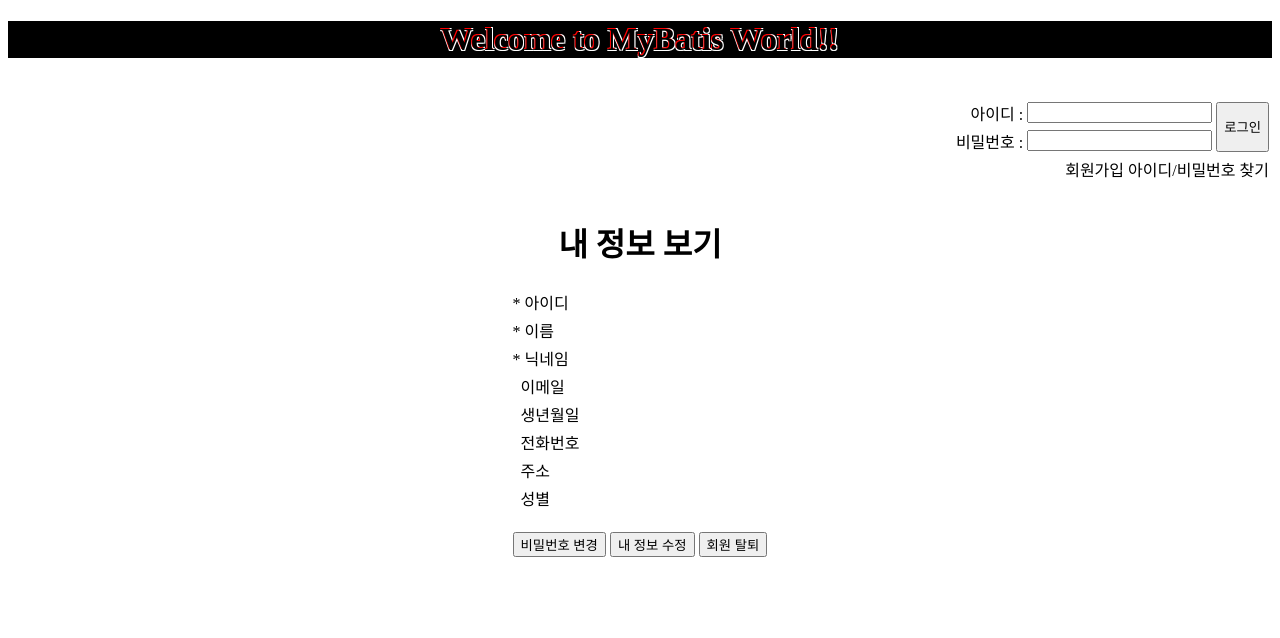
Repository: SoulJ-K/myBatis
Page: http://localhost/1_MyBatis/views/member/memberInfo.jsp
These files come from the project's save history. The page is drawn as it stood at one moment and after the next save; the edit follows.
The browser window is 1280 px wide. The pictures show the whole page.
The page is served by Tomcat 9. Other server files are loaded and not shown.

Above is the page before, as saved 2020-05-06 17:51:18.

### 1_MyBatis/WebContent/views/member/memberInfo.jsp
<%@ page language="java" contentType="text/html; charset=UTF-8"
    pageEncoding="UTF-8"%>
<%@ taglib prefix="c" uri="http://java.sun.com/jsp/jstl/core" %>
<!DOCTYPE html>
<html>
<head>
<meta charset="UTF-8">
<title>Insert title here</title>
<style>
	#infoTable{margin: auto;}
	.style{border: 0; outline: none;}
</style>
</head>
<body>
	<jsp:include page="../common/menubar.jsp"/>
	<h1 align="center">내 정보 보기</h1>
	<form action="${ contextPath }/views/member/memberUpdateForm.jsp" method="post">
		<%-- <jsp:useBean id="member" class="member.model.vo.Member" scope="request"/>
		<jsp:setProperty property="*" name="member"/> --%>
		<table id="infoTable">
			<tr>
				<td width="100px">* 아이디</td>
				<td>
					${ member.userId }
<%-- 					<jsp:getProperty property="userId" name="member"/> --%>
					<input type="hidden" name="userId" value="${ member.userId }" class="st">
				</td>
			</tr>
			<tr>
				<td>* 이름</td>
				<td>
					<input type="hidden" name="userName" value="${ member.userName }" class="st">
					${ member.userName}
				</td>
			</tr>
			<tr>
				<td>* 닉네임</td>
				<td>
					<input type="hidden" name="nickName" value="${ member.nickName }" class="st">
					${ member.nickName}
				</td>
			</tr>
			<tr>
				<td> &nbsp;&nbsp;이메일</td>
				<td>
					${ member.email }
					<input type="hidden" name="email" value="${ member.email }" class="st">
				</td>
			</tr>
			<tr>
				<td> &nbsp;&nbsp;생년월일</td>
				<td>
					${ member.birthDay }
					<input type="hidden" name="birthDay" value="${ member.birthDay}" class="st">
				</td>
			</tr>
			<tr>
				<td> &nbsp;&nbsp;전화번호</td>
				<td>
					${ member.phone }
					<input type="hidden" name="phone" value="${ member.phone}" class="st">
				</td>
			</tr>
			<tr>
				<td> &nbsp;&nbsp;주소</td>
				<td>
					${ member.address }
					<input type="hidden" name="address" value="${ member.address}" class="st">
				</td>
			</tr>
			<tr>
				<td> &nbsp;&nbsp;성별</td>
				<td>
					<c:if test="${ member.gender eq 'M' }">남자</c:if>
					<c:if test="${ member.gender eq 'F' }">여자</c:if>
					<input type="hidden" name="gender" value="${ member.gender}" class="st">
				</td>
			</tr>
			<tr>
				<td colspan="2">
					<div align="center">
						<br>
						<button type="button" onclick="location.href='${ contextPath }/views/member/memberPwdUpdateForm.jsp'">비밀번호 변경</button>
						<input type="submit" value="내 정보 수정">
						<button type="button" onclick="deleteMember();">회원 탈퇴</button>
					</div>
				</td>
			</tr>
		</table>
	</form>

	<script>
		function deleteMember(){
			var ck = confirm('정말 탈퇴할거야?');

			if(ck){
				location.href = "mdelete.me";
			}
		}
	</script>
</body>
</html>

### 1_MyBatis/WebContent/views/common/menubar.jsp
<%@ page language="java" contentType="text/html; charset=UTF-8"
    pageEncoding="UTF-8"%>
<%@ taglib prefix="c" uri="http://java.sun.com/jsp/jstl/core" %>
<!DOCTYPE html>
<html>
<head>
<meta charset="UTF-8">
<script src="${ contextPath }/js/jquery-3.4.1.min.js"></script>
<title>Insert title here</title>
<style>
	#welcome{background: black; text-shadow: -1px -1px 0 red, 1px -1px 0 white, -1px 1px 0 white, 1px 1px 0 white;}
	.login-area {height:100px;}
	.btn-login {height:50px;}
	.loginTable{text-align: right; float: right;}
	#logoutBtns>a{text-decoration: none; color: black;}
	#logoutBtns>a:hover{text-decoration: underline; font-weight: bold;}
</style>
</head>
<body>

	<c:set var="contextPath" value="${ pageContext.request.contextPath }" scope="application"/>
	<h1 id="welcome" align="center">Welcome to MyBatis World!!</h1>
		<br>


		<!-- ----------------------1. 회원 관련 서비스 -------------------------- -->
		<div class="login-area">
			<c:if test="${ empty sessionScope.loginUser }">
				<!-- 1_1. 로그인 관련 폼 만들기 -->
				<form action="${ contextPath }/login.me" method="post">
					<table class="loginTable">
						<tr>
							<td>아이디 : </td>
							<td>
								<input type="text" name="userId">
							</td>
							<td rowspan="2">
								<button id="login-btn" class="btn btn-login">로그인</button>
							</td>
						</tr>
						<tr>
							<td>비밀번호 : </td>
							<td>
								<input type="password" name="userPwd">
							</td>
						</tr>
						<tr>
							<td colspan="3" id="logoutBtns">
								<a href="${ contextPath }/views/member/memberInsertForm.jsp">회원가입</a>
								<a href="${ contextPath }/views/member/findMemberForm.jsp">아이디/비밀번호 찾기</a>
							</td>
						</tr>
					</table>
				</form>
			</c:if>

			<c:if test="${ !empty sessionScope.loginUser }">
				<table class="loginTable">
					<tr>
						<td colspan="2"><h3>${ loginUser.userName }님 환영합니다.</h3></td>
					</tr>
					<tr>
						<td>
							<button onclick="location.href='${ contextPath }/info.me'">내 정보 보기</button>
						</td>
					</tr>
					<tr>
						<td>
							<button onclick="location.href='${ contextPath }/logout.me'">로그아웃</button>
						</td>
					</tr>
				</table>
			</c:if>
		</div>

		<script>
			function home(){
				location.href="index.jsp";
			}
		</script>
</body>
</html>

Loaded but not shown: 1_MyBatis/WebContent/js/jquery-3.4.1.min.js (library)

After the next save:
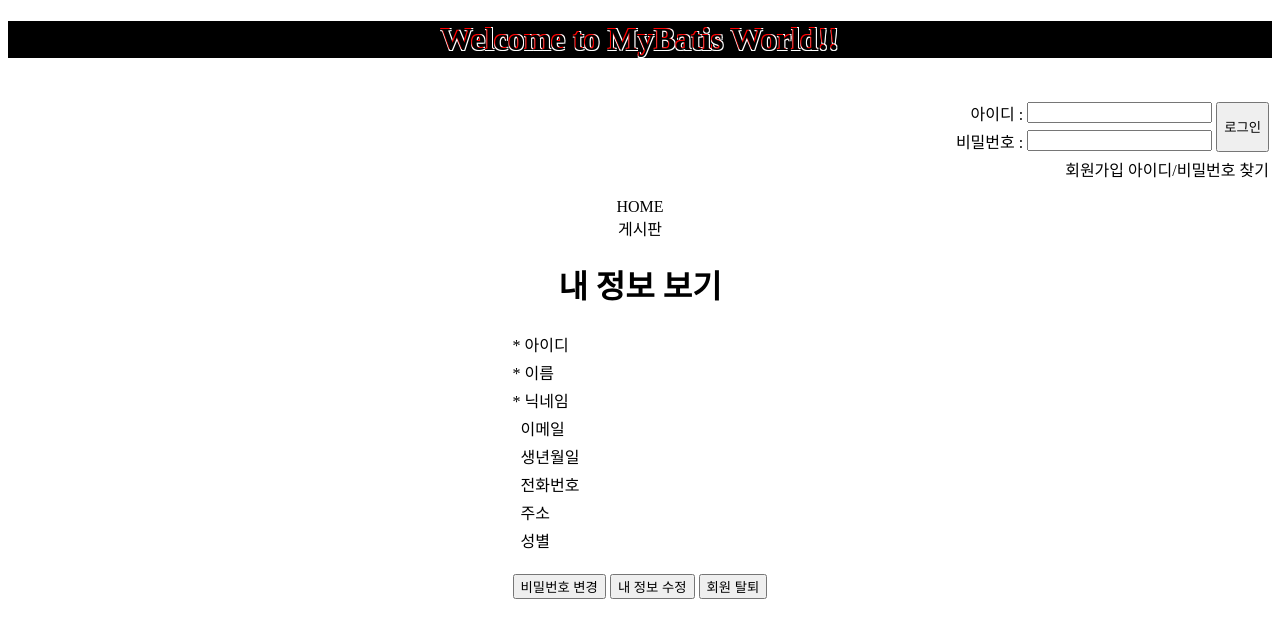
Saved 12 h 55 min later.
--- a/1_MyBatis/WebContent/views/common/menubar.jsp
+++ b/1_MyBatis/WebContent/views/common/menubar.jsp
@@ -73,10 +73,19 @@
 			</c:if>
 		</div>
 
+		<div class="nav-area" align="center">
+			<div class="menu" onclick="home();">HOME</div>
+			<div class="menu" onclick="board();">게시판</div>
+		</div>
+
 		<script>
 			function home(){
 				location.href="index.jsp";
 			}
+
+			function board(){
+				location.href="${context}/selectList.bo";
+			}
 		</script>
 </body>
 </html>
